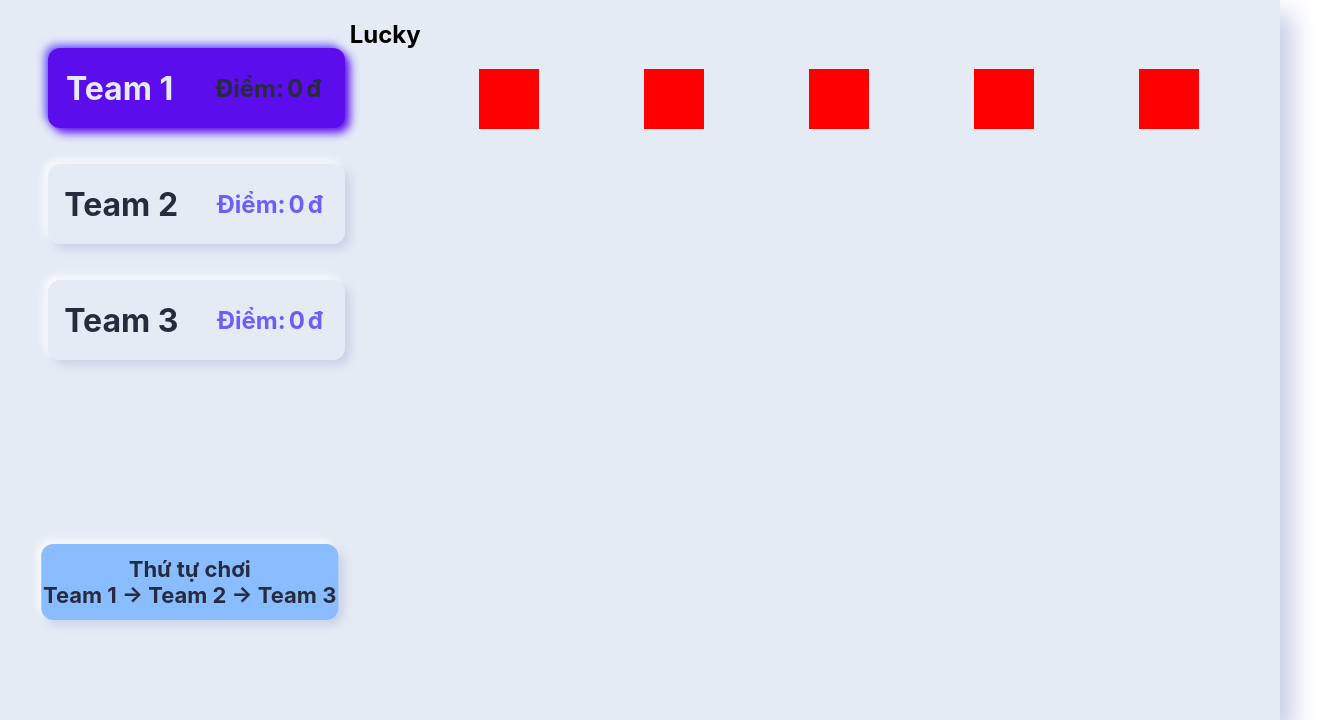
Repository: tinh2044/quzzi_game
Page: /
These files come from the project's save history. The page is drawn as it stood at one moment and after the next save; the edit follows.
The browser window is 1280 px wide. The page is 1328 px wide, then 1280 px, so the pictures cover 1328 px, including what lies to the right of the window. The pictures show the whole page.
The project was rebuilt for these pictures with package versions that can differ from the ones it lists, and the page was loaded fresh each time. Also part of the build but not shown: src/components/Notification.jsx, src/components/AnswerItem.jsx, src/components/Question.jsx, src/components/SortTeam.jsx.

Above is the page before, as saved 2022-12-15 09:43:04.

### src/index.js
import React from 'react';
import ReactDOM from 'react-dom/client';
import './index.css';
import App from './App';
import reportWebVitals from './reportWebVitals';

const root = ReactDOM.createRoot(document.getElementById('root'));
root.render(
  // <React.StrictMode>
  <App />,
  {/* </React.StrictMode> */ }
);

// If you want to start measuring performance in your app, pass a function
// to log results (for example: reportWebVitals(console.log))
// or send to an analytics endpoint. Learn more: https://bit.ly/CRA-vitals
reportWebVitals();

### src/App.css
:root {
    --primary-light: #8abdff;
    --primary: #6d5dfc;
    --primary-dark: #5b0eeb;
    --white: #ffffff;
    --greyLight-1: #e4ebf5;
    --greyLight-2: #c8d0e7;
    --greyLight-3: #bec8e4;
    --greyDark: #9baacf;
    --cl-text: #262c3d;
}
#root {
    height: 100%;
}

body {
    overflow: hidden;
    height: 100vh;
    user-select: none;
}
.App {
    height: 100%;
}
.home {
    position: relative;
    width: 100%;
    height: 100%;
    background: var(--greyLight-1);
    display: flex;
    box-shadow: 0.8rem 0.8rem 1.4rem var(--greyLight-2), -0.2rem -0.2rem 1.8rem var(--white);
}

.team {
    width: 35%;
    height: 100%;
    position: relative;
    padding: 0 12px;
    animation: FadeToLeft 0.8s linear;
}

.team_item {
    position: absolute;
    top: 12px;
    height: 80px;
    width: 85%;
    display: flex;
    align-items: center;
    justify-content: space-around;
    margin: 36px;
    transition: all 0.8s linear;
    border-radius: 12px;
    box-shadow: 0.3rem 0.3rem 0.6rem var(--greyLight-2), -0.2rem -0.2rem 0.5rem var(--white);
    background: #ffffff00;
    color: var(--cl-text);
}
.team_item:nth-child(2) {
    animation-duration: 1.5s;
}
.team_item:nth-child(3) {
    animation-duration: 2.5s;
}
.point {
    display: flex;
    align-items: center;
    color: var(--primary);
    font-weight: bold;
    font-size: 24px;
    margin: 0 3px;
}
.number,
.team_item p {
    margin: 0 3px;
}
.order-team {
    position: absolute;
    left: 50%;
    transform: translateX(-45%);
    bottom: 100px;
    width: 85%;
    padding: 12px 0;
    border-radius: 12px;
    box-shadow: 0.3rem 0.3rem 0.6rem var(--greyLight-2), -0.2rem -0.2rem 0.5rem var(--white);
    background: var(--primary-light);
    font-size: 22px;
    font-weight: bold;
    color: var(--cl-text);
    display: flex;
    flex-direction: column;
    align-items: center;
    justify-content: center;
}
.order-team p {
    margin: 0;
}
.active {
    background: var(--primary-dark);
    color: var(--greyLight-1);
    box-shadow: 0.3rem 0.3rem 0.6rem var(--primary-dark), -0.2rem -0.2rem 0.5rem var(--primary);
}
.active .point,
.active .number {
    color: var(--cl-text);
}
.question {
    width: 50%;
    flex: 1;
    padding: 24px;
}
.question h1 {
    box-shadow: 0.3rem 0.3rem 0.6rem var(--greyLight-2), -0.2rem -0.2rem 0.5rem var(--white);
    border-radius: 12px;
    padding: 4px;
    text-align: center;
    animation: FadeToTop 3s cubic-bezier(0.075, 0.82, 0.165, 1);
}

.answer {
    display: flex;
    flex-wrap: wrap;
    justify-content: space-between;
    padding: 24px;
}
.answer-item {
    width: 40%;
    background: var(--greyLight-3);
    padding: 10px;
    border-radius: 8px;
    transition: background 0.3s linear, opacity 1s ease-out, transform 0.3s linear;
    cursor: pointer;

    box-shadow: 0.3rem 0.3rem 0.6rem var(--greyLight-2), -0.2rem -0.2rem 0.5rem var(--white);
}
.answer-item:hover {
    background: var(--primary-light);
    transform: scale(1.1);
}

.A,
.C {
    animation: FadeToLeft 1s cubic-bezier(0.25, 0.46, 0.45, 0.94);
}

.B,
.D {
    animation: FadeToRight 1s cubic-bezier(0.25, 0.46, 0.45, 0.94);
}
.C,
.D {
    animation-duration: 1.8s;
}

.incorrect {
    background-color: #f44336 !important;
    opacity: 0;
    transition: background 0.3s linear, opacity 1s ease-out, transform 0.8s linear;
    transform: scale(0) !important;
}
.correct {
    background-color: #4caf50 !important;
    transform: scale(1.15);
}
.correct:hover {
    transform: scale(1.15);
}

.note {
    min-height: 36px;
    margin-top: 54px;
    animation: FadeToBottom 4s cubic-bezier(0.075, 0.82, 0.165, 1);
    background: var(--greyLight-1);
    box-shadow: 0.3rem 0.3rem 0.6rem var(--greyLight-2), -0.2rem -0.2rem 0.5rem var(--white);
    padding: 8px;
    border-radius: 12px;
    position: relative;
}

.note p {
    margin: 0;
    font-size: 32px;
    font-weight: bold;
    color: #40485a;
    text-align: center;
}

.overlay {
    width: 100%;
    height: 100%;
    display: flex;
    align-items: center;
    justify-content: center;
}

.sort-team {
    width: 50%;
    height: 40%;
    display: flex;
    flex-direction: column;
    align-items: center;
    background-color: var(--greyLight-1);
    border-radius: 1rem;
    box-shadow: 0.3rem 0.3rem 0.6rem var(--greyLight-2), -0.2rem -0.2rem 0.5rem var(--greyLight-2);
    padding: 12px;
    padding-top: 36px;
    animation: Scale 2s cubic-bezier(0.19, 1, 0.22, 1);
}
.sort-team label {
    width: 80%;
    box-shadow: 0.3rem 0.3rem 0.6rem var(--greyLight-2), -0.2rem -0.2rem 0.5rem var(--greyLight-2);
    padding: 8px;
    font-size: 24px;
    font-weight: bold;
    color: var(--cl-text);
    border-radius: 8px;
    text-align: center;
    cursor: pointer;
}

.sort-team #input {
    height: 42px;
    width: 85%;
    margin: 24px;
    border: none;
    border-radius: 16px;
    font-size: 1.3rem;
    padding-left: 12px;
    box-shadow: inset 0.2rem 0.2rem 0.5rem var(--greyLight-2), inset -0.2rem -0.2rem 0.5rem var(--white);
    color: var(--greyDark);
}
input:focus {
    border: none;
    outline: none;
}

.button-submit {
    width: 35%;
    display: flex;
    align-items: center;
    justify-content: center;
    border-radius: 1rem;
    font-size: 1.5rem;
    padding: 8px 4px;
    color: var(--cl-text);
    font-weight: bold;
    box-shadow: 0.3rem 0.3rem 0.6rem var(--greyLight-2), -0.2rem -0.2rem 0.5rem var(--greyLight-2);
    transition: all 0.3s cubic-bezier(0.47, 0, 0.745, 0.715);
    cursor: pointer;
}
.button-submit:hover {
    transform: scale(1.2);
    box-shadow: 0.3rem 0.3rem 0.6rem var(--greyDark), -0.2rem -0.2rem 0.5rem var(--greyDark);
}
@keyframes FadeToTop {
    0% {
        transform: translateY(-42px);
        opacity: 0;
    }
    100% {
        transform: translateY(0px);
        opacity: 1;
    }
}
@keyframes FadeToBottom {
    0% {
        transform: translateY(100px);
        opacity: 0;
    }
    100% {
        transform: translateY(0px);
        opacity: 1;
    }
}
@keyframes FadeToLeft {
    0% {
        transform: translateX(-100px);
        opacity: 0;
    }
    100% {
        transform: translateY(0px);
        opacity: 1;
    }
}
@keyframes FadeToRight {
    0% {
        transform: translateX(100px);
        opacity: 0;
    }
    100% {
        transform: translateY(0px);
        opacity: 1;
    }
}
@keyframes Scale {
    0% {
        transform: scale(0.3);
        opacity: 0;
    }
    100% {
        transform: scale(1);
        opacity: 1;
    }
}
.lucky {
    width: 100%;
}
.main-lucky {
    width: 100%;
    display: flex;
    align-items: center;
    justify-content: space-evenly;
    padding: 0 24px;
}
.item-lucky {
    width: 60px;
    height: 60px;
    background-color: red;
}

### src/components/Home.jsx
import React, { useCallback, useLayoutEffect, useState } from 'react'

import Question from './Question'
import Team from './Team'
import SortTeam from './SortTeam'

import listQuestion from '../data'
import { listTeam } from '../data'
import LuckyWheel from './LuckyWheel'

import "../App.css"
function Home() {
  const [newListTeam, setNewListTeam] = useState(listTeam)
  const [activeTeam, setActiveTeam] = useState(1);
  const [crrQuestion, setCrrQuestion] = useState(listQuestion[0])
  const [correct, setCorrect] = useState(false)
  const [showTeam, setShowTeam] = useState(true)
  const [showWheel, setShowWheel] = useState(true)
  const handleNextQuestion = useCallback((e) => {

    if (e.keyCode === 13 && correct) {
      setActiveTeam((prev) => prev < 3 ? prev + 1 : 1)
      setCorrect(false)
      setCrrQuestion((prev) => {
        const crrIndex = listQuestion.indexOf(prev)
        if (crrIndex < listQuestion.length - 1) {
          return listQuestion[crrIndex + 1]
        }
        else return listQuestion[0]
      })
    }
  }, [correct])


  useLayoutEffect(() => {
    window.addEventListener("keyup", handleNextQuestion)

  }, [handleNextQuestion])

  return (
    <div className="home">
      {
        showTeam ? <Team listTeam={newListTeam} activeTeam={activeTeam} correct={correct} />
          : <SortTeam setShowTeam={setShowTeam} setTeam={setNewListTeam} team={newListTeam} />
      }
      {
        showWheel ? <LuckyWheel />
          : <Question
            question={crrQuestion}
            setQuestion={setCrrQuestion}
            lengthListQuestion={listQuestion.length}
            setActiveTeam={setActiveTeam}
            setNewListTeam={setNewListTeam}
            activeTeam={activeTeam}
            setCorrect={setCorrect}
            correct={correct}
            listTeam={newListTeam}
            showTeam={showTeam}
          />
      }




    </div>
  )
}

export default Home

### src/components/Team.jsx
import React from 'react'


import "../App.css"
import TeamItem from './TeamItem'

function Team({ listTeam, activeTeam, correct }) {
  const orderTeam = listTeam.map(item => item.name).join(" -> ")

  return (
    <div className='team'>
      {listTeam.map(item => (
        <TeamItem key={item.id} team={item} activeTeam={activeTeam} correct={correct} />
      ))}
      <div className='order-team'>
        <p >Thứ tự chơi</p>
        {orderTeam}
      </div>
    </div>
  )
}

export default Team

### src/data/index.js
const listQuestion = [
    {
        id: 1,
        nameQuestion: 'Ứng với công thức C4H8O2 có bao nhiêu este là đồng phân của nhau ?',
        answer: {
            A: "2",
            B: "3",
            C: "4",
            D: "5"
        },
        correct: "C",
    },
    {
        id: 2,
        nameQuestion: 'Este có mùi dứa là?',
        answer: {
            A: "isoamyl axetat",
            B: "etyl butirat",
            C: "etyl axetat",
            D: "geranyl axctat"
        },
        correct: "B",
    },
    {
        id: 3,
        nameQuestion: 'Este nào sau đây khi phản ứng với dung dịch NaOH dư, đun nóng không tạo ra hai muối?',
        answer: {
            A: "C6H5COOC6H5 (phenyl benzoat)",
            B: "CH3COO-[CH2]2-OOCCH2CH3",
            C: "CH3OOC-COOCH",
            D: "CH3COOC6H5 (phenyl axetat)"
        },
        correct: "C",
    },
    {
        id: 4,
        nameQuestion: 'Đun nóng este HCOOCH3 với một lượng vừa đủ dung dịch NaOH, sản phẩm thu được là?',
        answer: {
            A: "CH3COONa và C2H5OH",
            B: "HCOONa và CH3OH",
            C: "HCOONa và C2H5OH",
            D: "CH3COONa và CH3OH"
        },
        correct: "B",
    },
    {
        id: 5,
        nameQuestion: 'Este X chứa vòng benzen có công thức phân từ là C8H8C2. số công thức cấu tạo của X là ',
        answer: {
            A: "3",
            B: "4",
            C: "5",
            D: "6"
        },
        correct: "D",
    },
    {
        id: 6,
        nameQuestion: 'Xà phòng hoá chất nào sau đây thu được glixerol?',
        answer: {
            A: "tristearin",
            B: "metyl axetat",
            C: "metyl fomat",
            D: "benzyl axetat"
        },
        correct: "A",
    },
    {
        id: 7,
        nameQuestion: 'Chất nào sau đây có phân tử khối lớn nhất ?',
        answer: {
            A: "triolein ",
            B: "tripanmitin ",
            C: " tristearin",
            D: "trilinolein"
        },
        correct: "B",
    },
    {
        id: 8,
        nameQuestion: 'Nước ta nằm ở vị trí: ?',
        answer: {
            A: "rìa phía Đông của bán đảo Đông Dương ",
            B: "rìa phía Tây của bán đảo Đông Dương ",
            C: "trung tâm châu Á",
            D: "phía đông Đông Nam Á"
        },
        correct: "A",
    }, {
        id: 9,
        nameQuestion: 'Nằm ở rìa phía Đông của bán đảo Đông Dương là nước: ?',
        answer: {
            A: "Lào ",
            B: "Campuchia ",
            C: "Việt Nam",
            D: "Mi-an-ma"
        },
        correct: "C",
    }, {
        id: 10,
        nameQuestion: 'Điểm cực Bắc của nước ta là xã Lũng Cú thuộc tỉnh: ?',
        answer: {
            A: "Cao Bằng ",
            B: " Hà Giang ",
            C: "Yên Bái",
            D: "Lạng Sơn"
        },
        correct: "B",
    }, {
        id: 11,
        nameQuestion: 'Điểm cực Đông của nước ta là xã Vạn Thạnh thuộc tỉnh: ?',
        answer: {
            A: " Ninh Thuận ",
            B: " Khánh Hòa ",
            C: " Đà Nẵng",
            D: "Phú Yên"
        },
        correct: "B",
    }, {
        id: 12,
        nameQuestion: 'Ở tỉnh Khánh Hòa có một đặc điểm tự nhiên rất đặc biệt là: ?',
        answer: {
            A: "Là tỉnh duy nhất có nhiều đảo ",
            B: "Là tỉnh có điểm cực Đông nước ta ",
            C: "Là tỉnh có nhiều hải sản nhất",
            D: "Là tỉnh có nhiều than nhất"
        },
        correct: "B",
    },
    {
        id: 13,
        nameQuestion: 'Đặc điểm nào sau đây không đúng với lãnh thổ nước ta ?',
        answer: {
            A: "Nằm hoàn toàn trong vùng nhiệt đới nửa cầu Bắc ",
            B: "Nằm trọn trong múi giờ số 8 ",
            C: "Nằm trong vùng có khí hậu nhiệt đới ẩm gió mùa",
            D: "Nằm trong vùng chịu ảnh hưởng của gió Mậu dịch "
        },
        correct: "B",
    },

]

export const listTeam = [{
    name: "Team 1",
    points: 0,
    rank: 1,
    id: 1,
}, {
    name: "Team 2",
    points: 0,
    rank: 2,
    id: 2,
}, {
    name: "Team 3",
    points: 0,
    rank: 3,
    id: 3,
}]
export const listPoints = [10, 5, 20, -5, 15, 10, 5, 20, -5, 15, 10, 5, 20, -5, 15, 10, 5, 20, -5, 15, 10, 5, 20, -5, 15, 10, 5, 20, -5, 15, 10, 5, 20, -5, 15, 10, 5, 20, -5, 15]


export default listQuestion

### src/components/LuckyWheel.jsx
import React from 'react'


const listChar = ["A", "B", "C", "D", "E", "F", "G", "H", "I", "J", "K", "L", "M", "N", "O", "P", "Q", "R", "S", "T", "U", "V", "X", "Y", "W"]
function LuckyWheel() {

    console.log(listChar.length)


    return (
        <div className='lucky'>
            <h2>Lucky</h2>

            <div className='main-lucky'>
                <div className='item-lucky A'></div>
                <div className='item-lucky B'></div>
                <div className='item-lucky C'></div>
                <div className='item-lucky D'></div>
                <div className='item-lucky F'></div>
            </div>
        </div>
    )
}

export default LuckyWheel

### src/components/TeamItem.jsx
import React, { useEffect, useState } from 'react'
import CountUp from "react-countup"

function TeamItem({ team, activeTeam, correct }) {
    const [showTeam, setShowTeam] = useState(false)
    const [crrPoint, setCrrPoint] = useState(0)
    useEffect(() => {
        setTimeout(() => {
            setShowTeam(true)
        }, 300 * team.id);
    }, [team])
    return (
        <div key={team.id} className={`team_item ${team.id === activeTeam ? "active" : ""}`} style={{ transform: `translate(${!showTeam ? -500 : 0}px,${116 * (team.rank - 1)}px)` }}>
            <h1>{team.name}</h1>
            <div className='point'>
                <p>Điểm: </p>
                {
                    crrPoint !== team.points ? <CountUp separator='' className='number' end={team.points} start={crrPoint} duration={1.5} onEnd={() => setCrrPoint(team.points)} />
                        : crrPoint
                }
                <p>đ</p>
            </div>
        </div>
    )
}

export default TeamItem

Loaded but not shown: public/index.html (common file); src/index.css (common file); src/App.js (common file); src/reportWebVitals.js (common file)

After the next save:
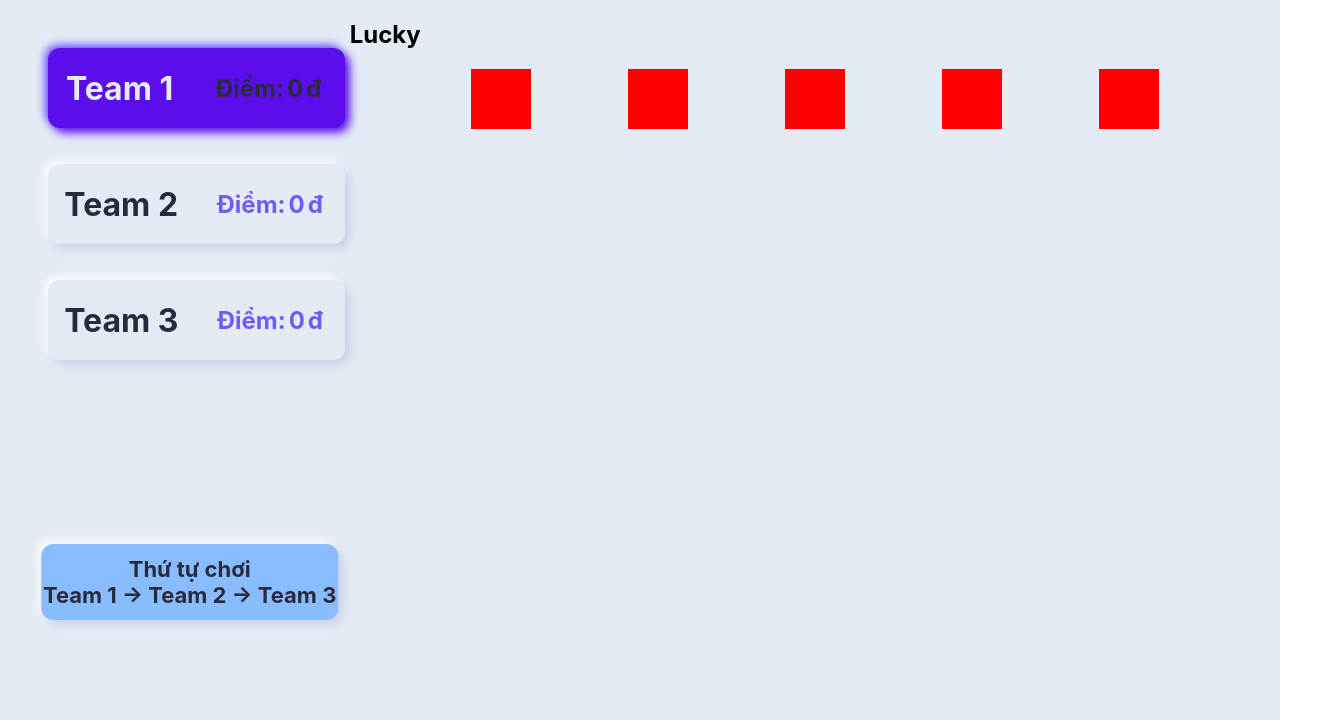
Saved 46 s later.
--- a/src/App.css
+++ b/src/App.css
@@ -303,7 +303,7 @@ input:focus {
     width: 100%;
 }
 .main-lucky {
-    width: 100%;
+    /* width: 100%; */
     display: flex;
     align-items: center;
     justify-content: space-evenly;
